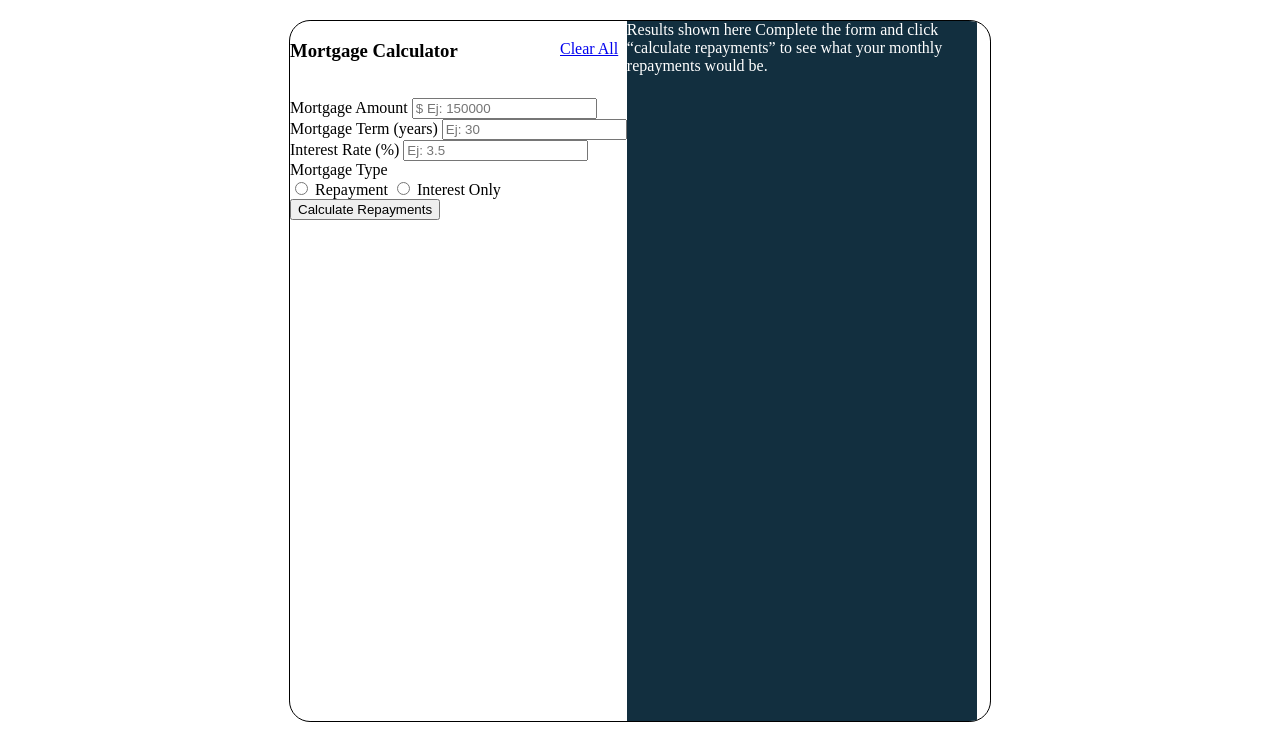
Repository: GravielPV/Mortgage-repayment-calculator
Page: index.html
An editor plug-in stored every save of this project. The page is shown before and after a run of saves, followed by the edit.
The browser window is 1280 px wide. The pictures show the whole page.

Above is the page before, as saved 2025-12-11 17:06:37.

### index.html
<!DOCTYPE html>
<html lang="en">
<head>
  <meta charset="UTF-8">
  <meta name="viewport" content="width=device-width, initial-scale=1.0"> <!-- displays site properly based on user's device -->

  <link rel="icon" type="image/png" sizes="32x32" href="./assets/images/favicon-32x32.png">
  <link rel="stylesheet" href="styles.css">
  <title>Frontend Mentor | Mortgage repayment calculator</title>


</head>
<body>
  <div class="carta">



  <div class="lado-izquierdo">

    <div class="header-form">
      <h3>Mortgage Calculator</h3>
      <a href="#" id="clear-all">Clear All</a>
    </div>

    <form id="mortgage-form">

      <!-- Mortgage Amount -->
      <div class="campo">
        <label for="input-mortgage">Mortgage Amount</label>
        <input
          type="number"
          id="input-mortgage"
          name="mortgage"
          placeholder="$ Ej: 150000">
      </div>

      <!-- Mortgage Term & Interest Rate -->
      <div class="grupo-doble">
        <div class="campo">
          <label for="input-term">Mortgage Term (years)</label>
          <input
            type="number"
            id="input-term"
            name="term"
            placeholder="Ej: 30">
        </div>

        <div class="campo">
          <label for="input-interest">Interest Rate (%)</label>
          <input
            type="number"
            step="0.01"
            id="input-interest"
            name="interest"
            placeholder="Ej: 3.5">
        </div>
      </div>

      <!-- Mortgage Type -->
      <div class="campo">
        <label>Mortgage Type</label>

        <div class="radios">
          <label class="radio-op">
            <input type="radio" name="mortgage-type" value="repayment">
            Repayment
          </label>

          <label class="radio-op">
            <input type="radio" name="mortgage-type" value="interest-only">
            Interest Only
          </label>
        </div>
      </div>

      <!-- Botón -->
      <div class="boton">
        <button type="submit">Calculate Repayments</button>
      </div>

    </form>

  </div>




  <!-- Empty results start -->

  <div class="lado derecho">

  Results shown here

  Complete the form and click “calculate repayments” to see what
  your monthly repayments would be.
  </div>

  <!-- Empty results end -->

  <!-- Completed results start -->

  <div class="resultado">
  Your results

  Your results are shown below based on the information you provided.
  To adjust the results, edit the form and click “calculate repayments” again.

  Your monthly repayments

  Total you'll repay over the term
  </div>

</div>

<!-- Completed results end -->

</body>
</html>

### styles.css
.carta{
    width: 700px;
    height: 700px;
display: flex;
margin: 20px auto;
border-radius: 3%;
border: 1px solid rgb(0, 0, 0);
 overflow: hidden;
}

.lado{
            width: 50%;
    display: flex;
    flex-direction: column;
}

.izquierdo{
display: flex;
    background-color: rgb(202, 49, 49);
}

.derecho{

    background-color: hsl(202, 55%, 16%);
    color: white;
}

.resultado{
    display: none;
}

a{
   position: relative;
    top: -40px;
    left: 270px;
    }

After the next 4 saves:
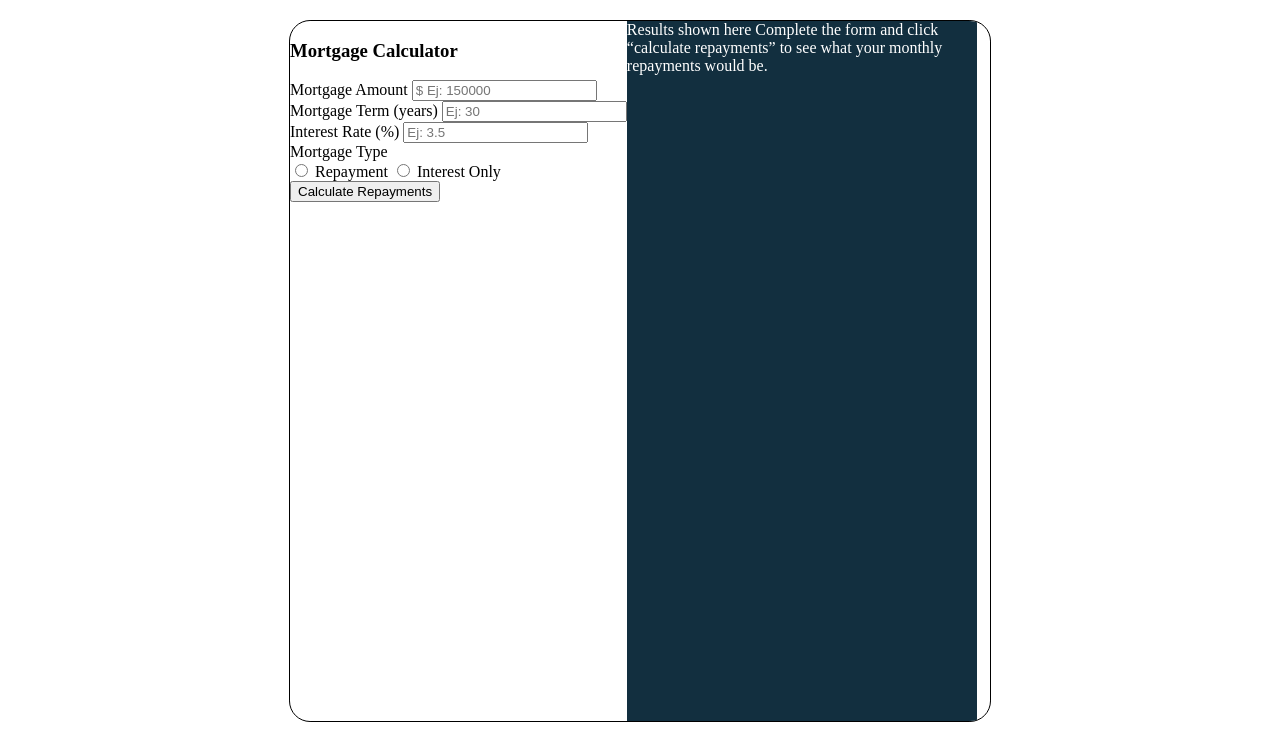
The 4 saves are shown as one change because they came seconds apart.
The last was saved 13 s later.
--- a/styles.css
+++ b/styles.css
@@ -33,4 +33,5 @@
    position: relative;
     top: -40px;
     left: 270px;
+    position: fixed;
     }

After the save that followed:
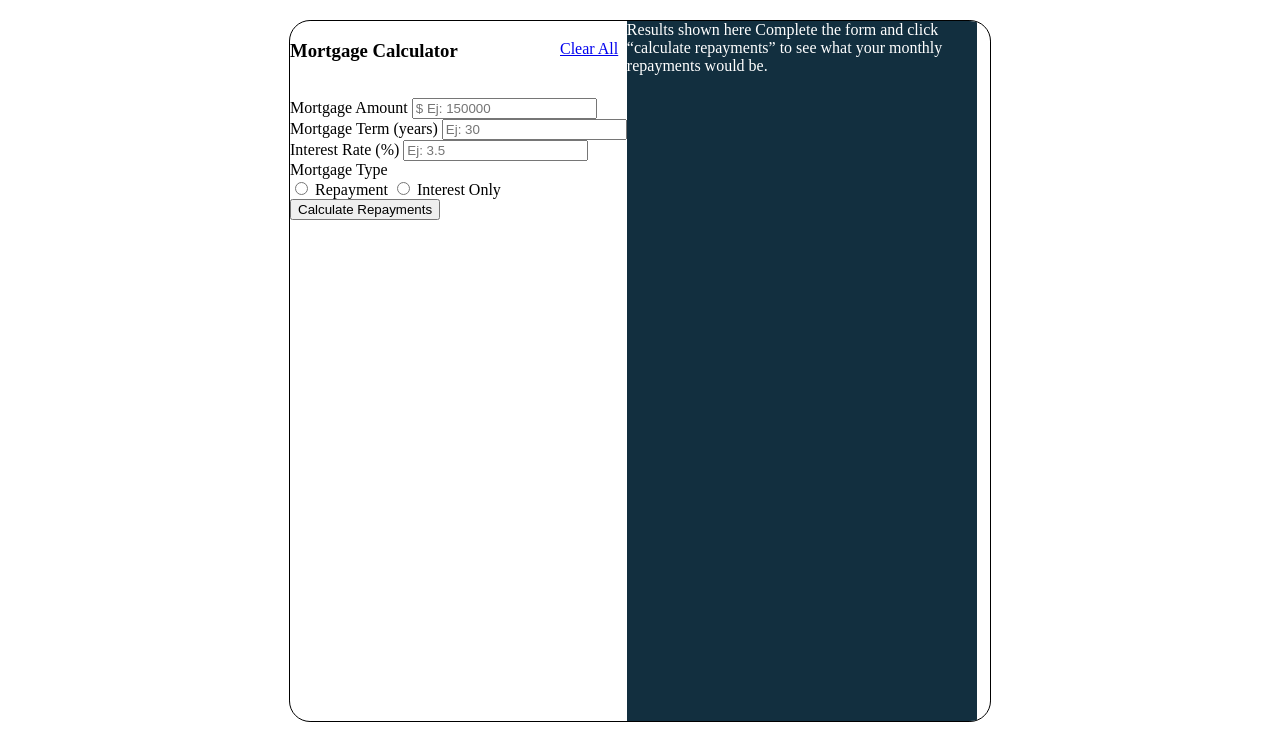
Saved 4 s later.
--- a/styles.css
+++ b/styles.css
@@ -33,5 +33,5 @@
    position: relative;
     top: -40px;
     left: 270px;
-    position: fixed;
+
     }
